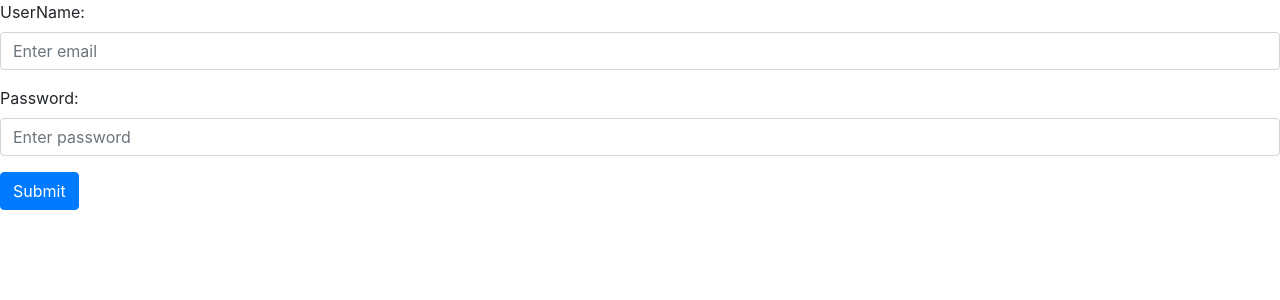
Repository: huutien1904/bai3-ltw
Page: http://localhost/login.php
The author's editor kept a copy of each file at every save. The page is drawn from the files as they stood at one save, then again after the next save.
The browser window is 1280 px wide. The pictures show the whole page.
The page is run by PHP 8.4 with error messages shown; the project is at /var/www/html/.

Above is the page before, as saved 2021-11-19 23:12:05.

### login.php
<!DOCTYPE html>
<html lang="en">
<head>
    <meta charset="UTF-8">
    <meta http-equiv="X-UA-Compatible" content="IE=edge">
    <meta name="viewport" content="width=device-width, initial-scale=1.0">
    <link rel="stylesheet" href="https://maxcdn.bootstrapcdn.com/bootstrap/4.5.2/css/bootstrap.min.css">
    <script src="https://ajax.googleapis.com/ajax/libs/jquery/3.5.1/jquery.min.js"></script>
    <script src="https://cdnjs.cloudflare.com/ajax/libs/popper.js/1.16.0/umd/popper.min.js"></script>
    <script src="https://maxcdn.bootstrapcdn.com/bootstrap/4.5.2/js/bootstrap.min.js"></script>
    <title>Login Quản lý khách hàng</title>
</head>
<body>
    <form action="/action_page.php">
    <div class="form-group">
        <label for="email">UserName:</label>
        <input type="text" class="form-control" placeholder="Enter email" id="email" name="username">
    </div>
    <div class="form-group">
        <label for="pwd">Password:</label>
        <input type="password" class="form-control" placeholder="Enter password" id="pwd" name="password">
    </div>

    <button type="submit" class="btn btn-primary">Submit</button>
    </form>
</body>
</html>

After the next save:
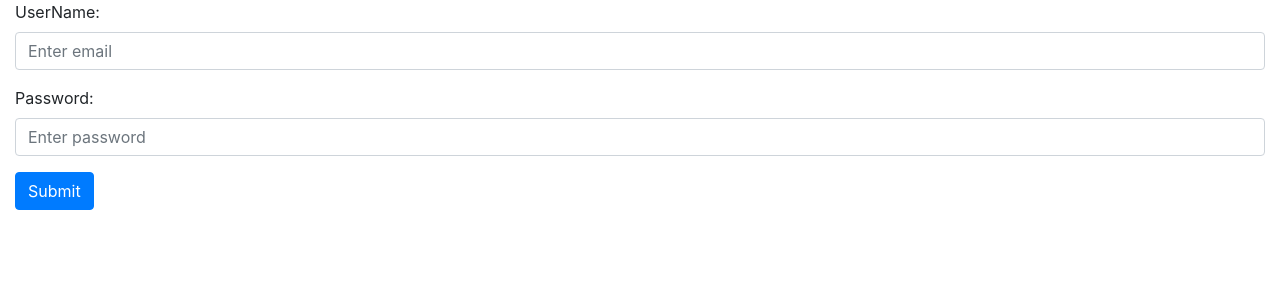
Saved 105 s later.
--- a/login.php
+++ b/login.php
@@ -11,17 +11,19 @@
     <title>Login Quản lý khách hàng</title>
 </head>
 <body>
-    <form action="/action_page.php">
-    <div class="form-group">
-        <label for="email">UserName:</label>
-        <input type="text" class="form-control" placeholder="Enter email" id="email" name="username">
+    <div class="container-fluid">
+        <form action="/action_page.php">
+            <div class="form-group">
+                <label for="email">UserName:</label>
+                <input type="text" class="form-control" placeholder="Enter email" id="email" name="username">
+            </div>
+            <div class="form-group">
+                <label for="pwd">Password:</label>
+                <input type="password" class="form-control" placeholder="Enter password" id="pwd" name="password">
+            </div>
+
+            <button type="submit" class="btn btn-primary">Submit</button>
+        </form>
     </div>
-    <div class="form-group">
-        <label for="pwd">Password:</label>
-        <input type="password" class="form-control" placeholder="Enter password" id="pwd" name="password">
-    </div>
-
-    <button type="submit" class="btn btn-primary">Submit</button>
-    </form>
 </body>
 </html>
